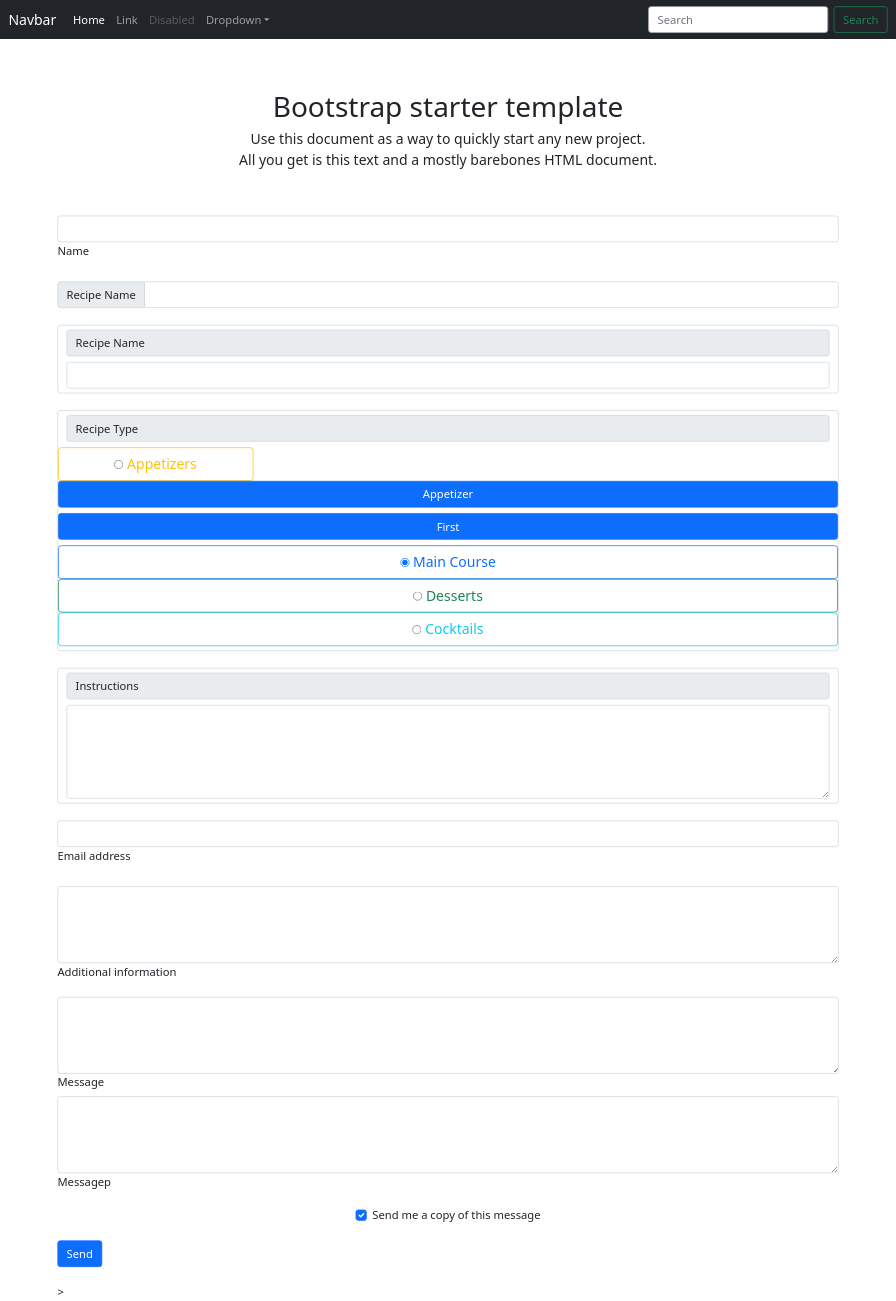
Repository: jerrywthompson/createRecipeWebpageHTML
Page: index.html
An editor plug-in stored every save of this project. The page is shown before and after the next save, followed by the edit.
The browser window is 1280 px wide. The pictures show the whole page, at 70% of full size.

Above is the page before, as saved 2021-02-23 23:03:41.

### index.html
<!doctype html>
<html lang="en">
    <head>
        <meta charset="utf-8">
        <meta name="viewport" content="width=device-width, initial-scale=1">
        <meta name="description" content="">
        <meta name="author" content="Mark Otto, Jacob Thornton, and Bootstrap contributors">
        <meta name="generator" content="Hugo 0.80.0">
        <title>Starter Template · Bootstrap v5.0</title>

        <link rel="canonical" href="https://getbootstrap.com/docs/5.0/examples/starter-template/">



        <!-- Bootstrap core CSS -->
        <link href="../assets/dist/css/bootstrap.min.css" rel="stylesheet">

        <style>
            .bd-placeholder-img {
                font-size: 1.125rem;
                text-anchor: middle;
                -webkit-user-select: none;
                -moz-user-select: none;
                user-select: none;
            }

            @media (min-width: 768px) {
                .bd-placeholder-img-lg {
                    font-size: 3.5rem;
                }
            }
        </style>


        <!-- Custom styles for this template -->
        <link href="starter-template.css" rel="stylesheet">
    </head>
    <body>

        <nav class="navbar navbar-expand-md navbar-dark bg-dark fixed-top">
            <div class="container-fluid">
                <a class="navbar-brand" href="#">Navbar</a>
                <button class="navbar-toggler" type="button" data-bs-toggle="collapse" data-bs-target="#navbarsExampleDefault" aria-controls="navbarsExampleDefault" aria-expanded="false" aria-label="Toggle navigation">
                    <span class="navbar-toggler-icon"></span>
                </button>

                <div class="collapse navbar-collapse" id="navbarsExampleDefault">
                    <ul class="navbar-nav me-auto mb-2 mb-md-0">
                        <li class="nav-item">
                            <a class="nav-link active" aria-current="page" href="#">Home</a>
                        </li>
                        <li class="nav-item">
                            <a class="nav-link" href="#">Link</a>
                        </li>
                        <li class="nav-item">
                            <a class="nav-link disabled" href="#" tabindex="-1" aria-disabled="true">Disabled</a>
                        </li>
                        <li class="nav-item dropdown">
                            <a class="nav-link dropdown-toggle" href="#" id="dropdown01" data-bs-toggle="dropdown" aria-expanded="false">Dropdown</a>
                            <ul class="dropdown-menu" aria-labelledby="dropdown01">
                                <li><a class="dropdown-item" href="#">Action</a></li>
                                <li><a class="dropdown-item" href="#">Another action</a></li>
                                <li><a class="dropdown-item" href="#">Something else here</a></li>
                            </ul>
                        </li>
                    </ul>
                    <form class="d-flex">
                        <input class="form-control me-2" type="search" placeholder="Search" aria-label="Search">
                        <button class="btn btn-outline-success" type="submit">Search</button>
                    </form>
                </div>
            </div>
        </nav>



        <div class="starter-template text-center py-5 px-3">
            <h1>Bootstrap starter template</h1>
            <p class="lead">Use this document as a way to quickly start any new project.<br> All you get is this text and a mostly barebones HTML document.</p>
        </div>
        <main class="container">
            <div class="input-section">
                <fieldset class="form-group">

                    <form action="test.php" method="post">
                        <!-- Name input -->
                        <div class="form-outline mb-4">
                            <input type="text" name="recipeName" id="form4Example1" class="form-control" />
                            <label class="form-label" for="form4Example1">Name</label>
                        </div>

                        <div class="input-group mb-4">
                            <div class="input-group-prepend">
                                <span class="input-group-text" id="inputGroup-sizing-default">Recipe Name</span>
                            </div>
                            <input type="text" name="notes" class="form-control" aria-label="Default" aria-describedby="inputGroup-sizing-default">
                        </div>

                        <div class="form-control mb-4">
                            <div class="input-group-prepend mb-2">
                                <span class="input-group-text" id="inputGroup-sizing-default">Recipe Name</span>
                            </div>
                            <input type="text" name="notes" class="form-control" aria-label="Default" aria-describedby="inputGroup-sizing-default">
                        </div>

                        <div class="form-control mb-4">
                            <div class="input-group-prepend mb-2">
                                <span class="input-group-text" id="inputGroup-sizing-default">Recipe Type</span>
                            </div>
                            <div class="btn-toolbar row">
                                <label class="btn btn-outline-warning btn-lg col-md-3">
                                    <input type="radio" name="recipeType" id="appetizers" value="appetizers" autocomplete="off" > Appetizers
                                </label>
                                <button type="button" name="recipeType" id="appetizers" value="appetizers" autocomplete="off" class="btn btn-primary mr-5 ml-3 mb-2"> Appetizer</button>
                                <button type="button" class="btn btn-primary mr-2 mb-2">First</button>

                                <label class="btn btn-outline-primary btn-lg ml-3">
                                    <input type="radio" name="recipeType" id="main_course" value="main_course" autocomplete="off" checked> Main Course
                                </label>
                                <label class="btn btn-outline-success btn-lg">
                                    <input type="radio" name="recipeType" id="desserts" value="desserts" autocomplete="off"> Desserts
                                </label>
                                <label class="btn btn-outline-info btn-lg">
                                    <input type="radio" name="recipeType" id="cocktails" value="cocktails" autocomplete="off"> Cocktails
                                </label>
                            </div>
                        </div>

                        <div class="form-control mb-4">
                            <div class="input-group-prepend mb-2">
                                <span class="input-group-text">Instructions</span>
                            </div>
                            <textarea class="form-control" name="instrucions" id="instrucions" rows="5"></textarea>
                        </div>

                        <!-- Email input -->
                        <div class="form-outline mb-4">
                            <input type="email" id="form4Example2" class="form-control" />
                            <label class="form-label" for="form4Example2">Email address</label>
                        </div>

                        <div class="form-outline mb-4">
                            <textarea class="form-control" id="form6Example7" rows="4"></textarea>
                            <label class="form-label-prepend" >Additional information</label>
                        </div>

                        <div class="form-outline">
                            <textarea class="form-control" id="textAreaExample" rows="4"></textarea>
                            <label class="form-label" for="textAreaExample">Message</label>
                          </div>

                        <!-- Message input -->
                        <div class="form-outline mb-4">
                            <textarea class="form-control" name="comments" id="form4Example3" rows="4"></textarea>
                            <label class="form-label-prepend" for="form4Example3">Messagep</label>
                        </div>

                        <!-- Checkbox -->
                        <div class="form-check d-flex justify-content-center mb-4">
                            <input
                                class="form-check-input me-2"
                                type="checkbox"
                                value=""
                                id="form4Example4"
                                checked
                                />
                            <label class="form-check-label" for="form4Example4">
                                Send me a copy of this message
                            </label>
                        </div>

                        <!-- Submit button -->
                        <button type="submit" class="btn btn-primary btn-block mb-4">Send</button>
                    </form>

</fieldset>>




                    <script src="../assets/dist/js/bootstrap.bundle.min.js"></script>


                    </body>
                    </html>
                    <a href="../flask_db4/flaskblog/templates/create_post.html"></a>

Loaded but not shown: assets/dist/css/bootstrap.min.css (library); starter-template.css (common file); assets/dist/js/bootstrap.bundle.min.js (library)

After the next save:
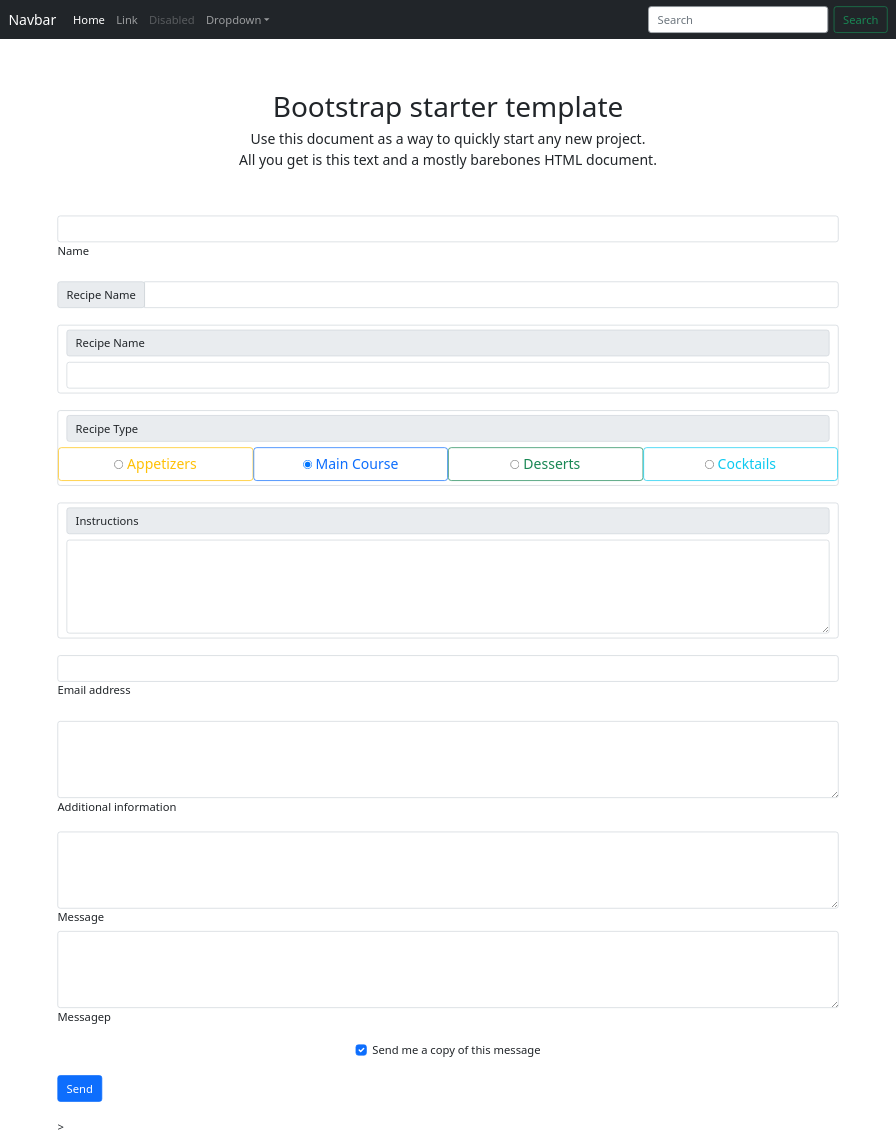
Saved 58 s later.
--- a/index.html
+++ b/index.html
@@ -111,16 +111,13 @@
                                 <label class="btn btn-outline-warning btn-lg col-md-3">
                                     <input type="radio" name="recipeType" id="appetizers" value="appetizers" autocomplete="off" > Appetizers
                                 </label>
-                                <button type="button" name="recipeType" id="appetizers" value="appetizers" autocomplete="off" class="btn btn-primary mr-5 ml-3 mb-2"> Appetizer</button>
-                                <button type="button" class="btn btn-primary mr-2 mb-2">First</button>
-
-                                <label class="btn btn-outline-primary btn-lg ml-3">
+                                <label class="btn btn-outline-primary btn-lg col-md-3">
                                     <input type="radio" name="recipeType" id="main_course" value="main_course" autocomplete="off" checked> Main Course
                                 </label>
-                                <label class="btn btn-outline-success btn-lg">
+                                <label class="btn btn-outline-success btn-lg col-md-3">
                                     <input type="radio" name="recipeType" id="desserts" value="desserts" autocomplete="off"> Desserts
                                 </label>
-                                <label class="btn btn-outline-info btn-lg">
+                                <label class="btn btn-outline-info btn-lg col-md-3">
                                     <input type="radio" name="recipeType" id="cocktails" value="cocktails" autocomplete="off"> Cocktails
                                 </label>
                             </div>
